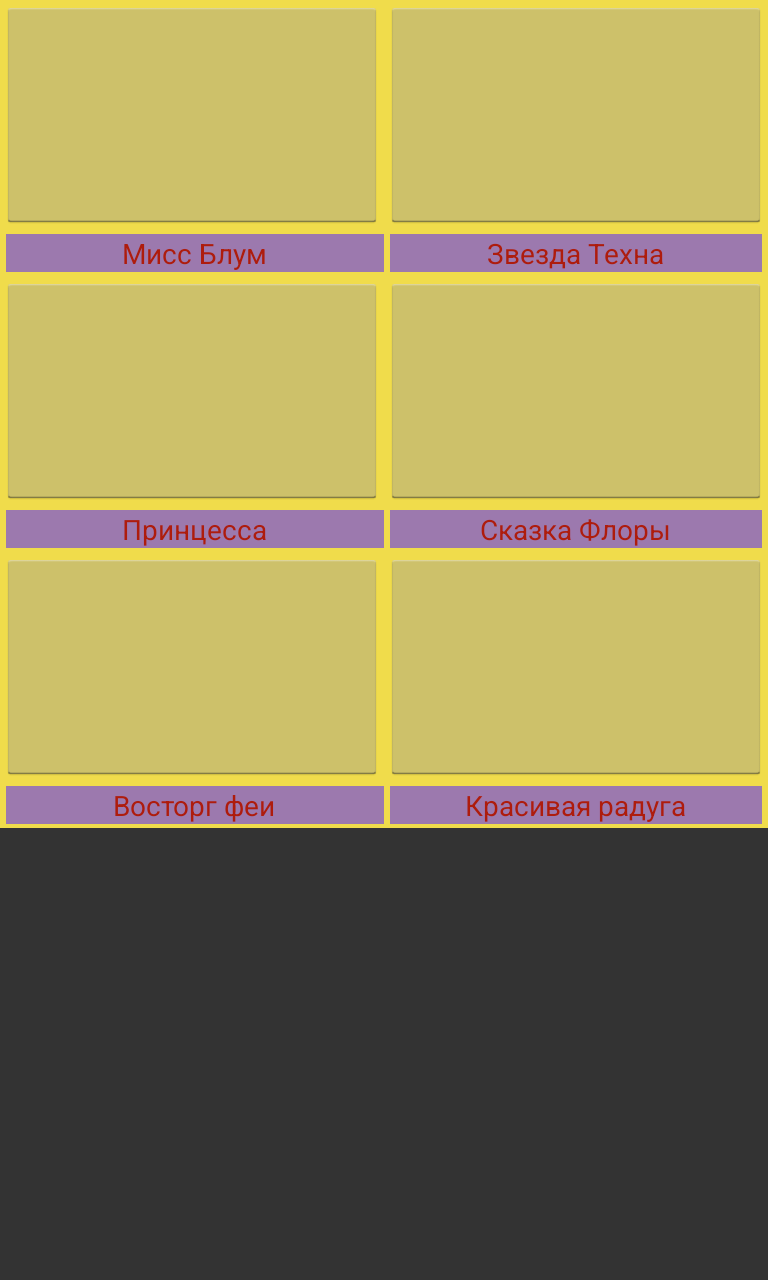
Repository: Skyremix/Winx
Layout: Winx/Winx/res/layout/stages.xml
These files come from the project's save history. The layout is drawn as it stood at one moment and after the next save; the edit follows.
It is drawn on a 768 x 1280 px phone screen (xhdpi) without system bars, with theme AppTheme; the app's code is not run.

Above is the layout before, as saved 2015-05-14 23:44:49.

### Winx/Winx/res/layout/stages.xml
<?xml version="1.0" encoding="utf-8"?>
<LinearLayout xmlns:android="http://schemas.android.com/apk/res/android"
    android:layout_width="match_parent"
    android:layout_height="match_parent"
    android:orientation="vertical"
    android:background="#F0DC4B">

    <LinearLayout
        android:layout_width="match_parent"
        android:layout_height="m" >

        <LinearLayout
            android:layout_width="match_parent"
            android:layout_height="match_parent"
            android:layout_weight="1" >

            <Button
                android:id="@+id/btnback"
                android:layout_width="wrap_content"
                android:layout_height="wrap_content"
                android:layout_gravity="center_horizontal"
                android:text="Back"
                android:textColor="#316664"/>

        </LinearLayout>

        <LinearLayout
            android:layout_width="match_parent"
            android:layout_height="match_parent"
            android:layout_weight="1">


        </LinearLayout>

    </LinearLayout>

    <LinearLayout
        android:layout_width="match_parent"
        android:layout_height="115dp">

        <LinearLayout
            android:layout_width="match_parent"
            android:layout_height="match_parent"
            android:layout_weight="1" >

            <Button
                android:id="@+id/imageView1"
                android:layout_width="match_parent"
                android:layout_height="match_parent"
                android:layout_gravity="center_horizontal"
                android:src="@drawable/buttons"/>

        </LinearLayout>

        <LinearLayout
            android:layout_width="match_parent"
            android:layout_height="match_parent"
            android:layout_weight="1">

            <Button
                android:id="@+id/imageView2"
                android:layout_width="match_parent"
                android:layout_height="match_parent"
                android:src="@drawable/buttons" />

        </LinearLayout>

    </LinearLayout>

  <LinearLayout
	        android:layout_width="match_parent"
	        android:layout_height="wrap_content"
	        android:background="#F0DC4B" >

	                 <LinearLayout
            android:layout_width="match_parent"
            android:layout_height="match_parent"
            android:layout_weight="1.00"
            android:background="#9C79AE"
            android:gravity="center_horizontal"
            android:layout_marginTop="2dp"
            android:layout_marginLeft="3dp"
            android:layout_marginBottom="2dp">

            <TextView
                android:id="@+id/textView116"
                android:layout_width="wrap_content"
                android:layout_height="wrap_content"
                android:text="Мисс Блум"
                android:textColor="#AE1C0D"/>

        </LinearLayout>

         <LinearLayout
            android:layout_width="match_parent"
            android:layout_height="match_parent"
            android:layout_weight="1.00"
            android:background="#9C79AE"
            android:gravity="center_horizontal"
            android:layout_marginTop="2dp"
            android:layout_marginLeft="3dp"
            android:layout_marginBottom="2dp"
            android:layout_marginRight="3dp">

            <TextView
                android:id="@+id/textView1565"
                android:layout_width="wrap_content"
                android:layout_height="wrap_content"
                android:text="Звезда Техна"
                android:textColor="#AE1C0D"/>

        </LinearLayout>

    </LinearLayout>

    <LinearLayout
        android:layout_width="match_parent"
        android:layout_height="115dp" >

        <LinearLayout
            android:layout_width="match_parent"
            android:layout_height="match_parent"
            android:layout_weight="1" >

            <Button
                android:id="@+id/imageView3"
                android:layout_width="match_parent"
                android:layout_height="match_parent"
                android:src="@drawable/buttons" />

        </LinearLayout>

        <LinearLayout
            android:layout_width="match_parent"
            android:layout_height="match_parent"
            android:layout_weight="1" >

            <Button
                android:id="@+id/imageView4"
                android:layout_width="match_parent"
                android:layout_height="match_parent"
                android:src="@drawable/buttons" />


        </LinearLayout>

    </LinearLayout>

	   <LinearLayout
	        android:layout_width="match_parent"
	        android:layout_height="wrap_content"
	        android:background="#F0DC4B" >

	                 <LinearLayout
            android:layout_width="match_parent"
            android:layout_height="match_parent"
            android:layout_weight="1.00"
            android:background="#9C79AE"
            android:gravity="center_horizontal"
            android:layout_marginTop="2dp"
            android:layout_marginLeft="3dp"
            android:layout_marginBottom="2dp">

            <TextView
                android:id="@+id/textView11776"
                android:layout_width="wrap_content"
                android:layout_height="wrap_content"
                android:text="Принцесса"
                android:textColor="#AE1C0D"/>

        </LinearLayout>

         <LinearLayout
            android:layout_width="match_parent"
            android:layout_height="match_parent"
            android:layout_weight="1.00"
            android:background="#9C79AE"
            android:gravity="center_horizontal"
            android:layout_marginTop="2dp"
            android:layout_marginLeft="3dp"
            android:layout_marginBottom="2dp"
            android:layout_marginRight="3dp">

            <TextView
                android:id="@+id/textView115565"
                android:layout_width="wrap_content"
                android:layout_height="wrap_content"
                android:text="Сказка Флоры"
                android:textColor="#AE1C0D"/>

        </LinearLayout>
    </LinearLayout>

    <LinearLayout
        android:layout_width="match_parent"
        android:layout_height="115dp" >

        <LinearLayout
            android:layout_width="match_parent"
            android:layout_height="match_parent"
            android:layout_weight="1">

            <Button
                android:id="@+id/imageView5"
                android:layout_width="match_parent"
                android:layout_height="match_parent"
                android:src="@drawable/buttons" />

        </LinearLayout>

        <LinearLayout
            android:layout_width="match_parent"
            android:layout_height="match_parent"
            android:layout_weight="1" >

            <Button
                android:id="@+id/imageView6"
                android:layout_width="match_parent"
                android:layout_height="match_parent"
                android:src="@drawable/buttons" />

        </LinearLayout>

    </LinearLayout>

	    <LinearLayout
	        android:layout_width="match_parent"
	        android:layout_height="wrap_content"
	        android:background="#F0DC4B" >

	                 <LinearLayout
            android:layout_width="match_parent"
            android:layout_height="match_parent"
            android:layout_weight="1.00"
            android:background="#9C79AE"
            android:gravity="center_horizontal"
            android:layout_marginTop="2dp"
            android:layout_marginLeft="3dp"
            android:layout_marginBottom="2dp">

            <TextView
                android:id="@+id/textView119966"
                android:layout_width="wrap_content"
                android:layout_height="wrap_content"
                android:text="Восторг феи"
                android:textColor="#AE1C0D"/>

        </LinearLayout>

         <LinearLayout
            android:layout_width="match_parent"
            android:layout_height="match_parent"
            android:layout_weight="1.00"
            android:background="#9C79AE"
            android:gravity="center_horizontal"
            android:layout_marginTop="2dp"
            android:layout_marginLeft="3dp"
            android:layout_marginBottom="2dp"
            android:layout_marginRight="3dp">

            <TextView
                android:id="@+id/textView1584865"
                android:layout_width="wrap_content"
                android:layout_height="wrap_content"
                android:text="Красивая радуга"
                android:textColor="#AE1C0D"/>

        </LinearLayout>
    </LinearLayout>
        <LinearLayout
        android:layout_width="match_parent"
        android:layout_height="wrap_content"
        android:layout_weight="0.02"
        android:background="#333333" >
    </LinearLayout>
</LinearLayout>

Loaded but not shown: Winx/Winx/res/values/styles.xml (common file); Winx/Winx/res/values-v11/styles.xml (common file); Winx/Winx/res/values-v14/styles.xml (common file)

After the next save:
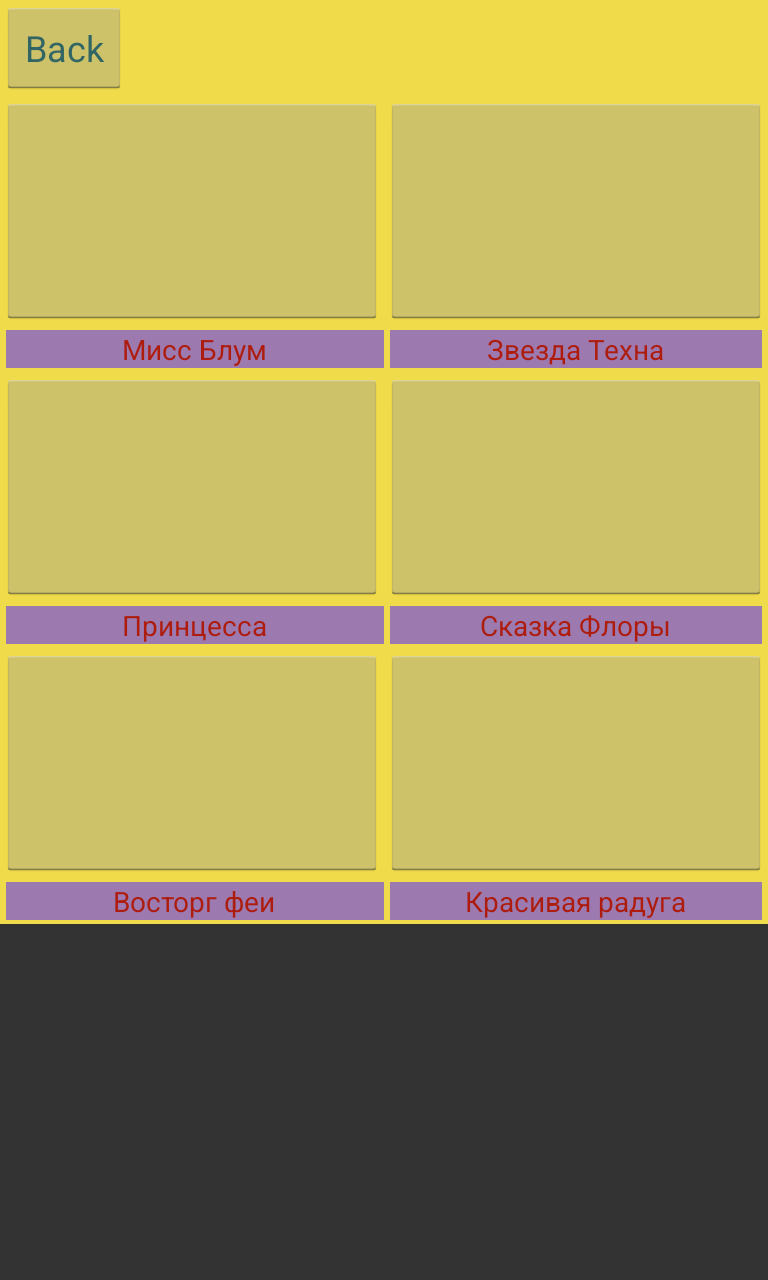
Saved 6 s later.
--- a/Winx/Winx/res/layout/stages.xml
+++ b/Winx/Winx/res/layout/stages.xml
@@ -7,7 +7,7 @@
 
     <LinearLayout
         android:layout_width="match_parent"
-        android:layout_height="m" >
+        android:layout_height="wrap_content" >
 
         <LinearLayout
             android:layout_width="match_parent"
